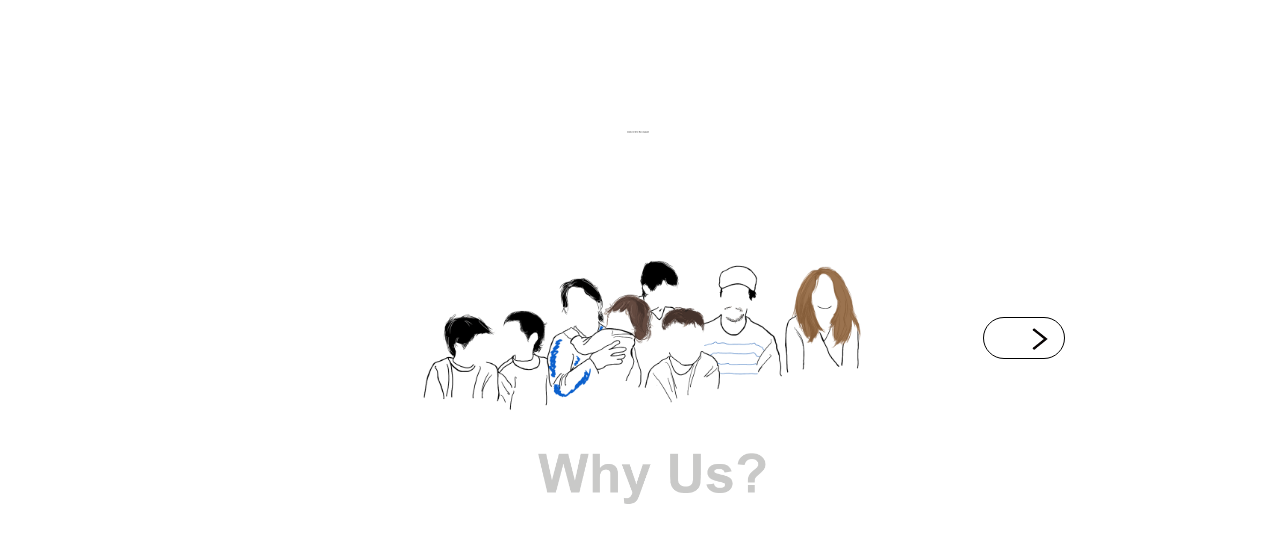
Repository: Lettie123/webpr4
Page: dis.html
The author's editor kept a copy of each file at every save. The page is drawn from the files as they stood at one save, then again after the next save.
The browser window is 1280 px wide. The pictures show the whole page.

Above is the page before, as saved 2020-12-03 12:42:17.

### dis.html
<html>
    <head>
        <meta charset="UTF-8">
        <meta name="viewport" content="width=device-width,initial-scale=1" />
        <meta name="viewport" content="width=device-width,initial-scale=1.0,maximum-scale=1.0,user-scalable=no">
        <link rel="stylesheet" type="text/css" href="style07.css">

<body>
    <div id="txt0">
        <div id="t1" style= "width:12%; position:absolute; top: 17%; left: 43%;">
            <img src="txt/find.png" style="width:100% ;position:absolute; top:0%; left:0%;" >
        </div>
    </div>
        <div id="whyusfm" style="width:35%; position:absolute; top:30%; left:0%;">
        <span>
            <img src="po/28.png" style="width:100% ;" >
        </span>
        </div>
        <div id="whyus"style="width:18%; position:absolute; top:62%; left:42%;">
            <span>
                <img src="txt/whyus0.png" style="width:100% ;" >
            </span>
        </div>

    <div id="chatb" style="display: none;">
        <img src="reason/cbox.png" style="width:100%;height:100%; position:absolute; top:14%; left:0%;">
    </div>
    <div id="begain" onclick="change0()" >
        <img src="pepic/begain.png" style="width:20%; position: absolute; top:23%; left:60%;">
    </div>


    <div id="block" style="display: none;">
    </div>
    <div id="block3">

    </div>

        <div id="ren" style="display: none;">
        <img src="pepic/ren.png" style="width:22% ;position:absolute; top:29%; left:49%;" >
        </div>

        <div id="block2" style="display:none;">
            <div id="txta1" style="position:absolute; top:5%; left:4%; width:260px;">
            <h1 style="font-size:14px; font-style: italic; font-weight:normal; line-height: 20px; ">
                “Europe’s Roma minorities, long victims of discrimination and persecution, are typically the most vulnerable group to statelessness in the region.”
            </h1>
            </div>
        </div>

        <div id="r01" style="display: none;">
        <img src="pepic/R.png" style="width:17% ;position:absolute; top:29%; left:61%;" >
        </div>
        <div id="r02" style="display: none;">
            <img src="pepic/oma.png" style="width:17% ;position:absolute; top:29%; left:62%;" >
        </div>

        <div id="r01b" style="display: none;">
            <img src="pepic/R.png" style="width:17% ;position:absolute; top:29%; left:61%;" >
            </div>
            <div id="r02b" style="display: none;">
                <img src="pepic/oma.png" style="width:17% ;position:absolute; top:29%; left:62%;" >
        </div>


    <div id="TXT">
    <div id="txt1" style="font-size:16px; font-weight: normal; line-height: 24px; position:absolute; top:27%; left:2%; display:none;">
        <h1 style="font-size:16px; font-weight: normal; line-height: 24px; ">
            We are from the Roma community, which is also called Gypsies. All of our family members are stateless.
        </h1>
    </div>
    <div id="txt2" style="font-size:16px; font-weight: normal; line-height: 24px; position:absolute; top:20%; left:2%; display:none;">
        <h1 style="font-size:16px; font-weight: normal; line-height: 24px;">
            There are a lot of reasons for Romanies to be stateless. We cannot go anywhere; we do not have any documents.
        </h1>
    </div>
    <div id="txt3" style="font-size:16px; font-weight: normal; line-height: 24px; position:absolute; top:20%; left:2%; display:none;">
        <h1 style="font-size:16px; font-weight: normal; line-height: 24px;">
            Roma is the largest stateless minority in Macedonian. And we are not the only minority group who remain stateless in the world.
        </h1>
    </div>
    </div>

    <div id="word" style="display: none;">
    <div id="ra">
        <h1 style="font-size:32px; font-weight: normal; line-height: 24px; color: #ffffff;
        position:absolute; top:30%; left:55%">Racism</h1>
    </div>
    <div id="rb">
        <h1 style="font-size:32px; font-weight: normal; line-height: 24px; color: #ffffff;
        position:absolute; top:42%; left:65%">Discrimination</h1>
    </div>
    <div id="rc">
        <h1 style="font-size:32px; font-weight: normal; line-height: 24px; color: #ffffff;
        position:absolute; top:34%; left:80%">War</h1>
    </div>
    <div id="rd">
        <h1 style="font-size:24px; font-weight: normal; line-height: 24px; color: #828181;
        position:absolute; top:42%; left:55%">History</h1>
    </div>
    <div id="re">
        <h1 style="font-size:24px; font-weight: normal; line-height: 24px; color: #828181;
        position:absolute; top:39%; left:75%">State Dissolution</h1>
    </div>
    <div id="rf">
        <h1 style="font-size:24px; font-weight: normal; line-height: 24px; color: #828181;
        position:absolute; top:36%; left:60%">National laws</h1>
    </div>
    <div id="rg">
        <h1 style="font-size:24px; font-weight: normal; line-height: 24px; color: #828181;
        position:absolute; top:29%; left:66%">Lack Document</h1>
    </div>
    <div id="rh">
        <h1 style="font-size:24px; font-weight: normal; line-height: 24px; color: #828181;
        position:absolute; top:26%; left:50%">Language</h1>
    </div>
    <div id="ri">
        <h1 style="font-size:32px; font-weight: normal; line-height: 24px; color: #ffffff;
        position:absolute; top:24%; left:85%">...</h1>
    </div>
    </div>

    <div id="line1" style="display:none;"></div>
    <div id="why" onclick="change1()" style="display: none;">
        <div style="position: absolute; top:23%; left:22%; color:white; width: 260px;">
        Why?
        </div>
        <img src="img/down1.png" style="width:10%; position: absolute; top:38%; left:65%" >
    </div>

    <div id="others" onclick="change3()" style="display:none;">
        <div style="position: absolute; top:23%; left:21%; width:260px; color:white"> Others?</div>
        <img src="img/down1.png" style="width:10%; position: absolute; top:38%; left:65%;">
    </div>

    <style type="text/css">
        span{
        font-size: 30px;
        }
    </style>

    <div id="minority01" style="display:none;" >
        <div id="line02"></div>
        <h1 style="font-size:30px; font-weight:bold; line-height: 35px; color: #2a5ea3; position:absolute; top:34%; left:15%; ">
           Statelessness</br>
           &Minorities
        </h1>
        <h2 style="font-size:16px; font-weight:normal; line-height: 20px; color: #ffffff; position:absolute; top:47%; left:16%; text-align: justify; ">
            Minorities are especially vulnerable to statelessness.
        </h2>
        <h3 style="font-size:16px; font-weight:normal; line-height: 20px; color: #ffffff; position:absolute; top:60%; left:15%; text-align: justify;  ">
            Minorities make up a large portion of the world’s stateless population. This is due in part to indirect discrimination: as marginalized communities, they are especially likely to struggle with lack of resources and limited access to official systems of registration
        </h3>
        <h4 style="font-size:16px; font-weight:normal; line-height: 20px; color: #ffffff; position:absolute; top:13%; left:15%; text-align: justify;  ">
            <span>Minorities are</span> disadvantaged ethnic, national, religious, linguistic or cultural groups who are smaller in number than the rest of the population
        </h4>

    </div>
    <div id="mpeople"  style="display:none;" >
        <img src="pepic/minority.png" style="width:45%;" >
    </div>

    <div id="line1b" style="display: none;"></div>

    <!-- <div id="next"   style="display:none;" onclick="change5()">
        <img src="pepic/next.png" style="width:70%;" >
    </div> -->
    <div id="next"   style="display:none;" onclick="change5()">
        <div style="position: absolute; top:18%; left:30%; width:260px; color:white"> Next?</div>
        <img src="img/down1.png" style="width:6%;position: absolute; top:32%; left:60% " >
    </div>

    <script>
        function change5(){
        window.location.href="st.html";
        }
        function change3(){
        document.getElementById("block2").style.display="none";
        document.getElementById("ren").style.display="none";
        document.getElementById("r01b").style.display="none";
        document.getElementById("others").style.display="none";
        document.getElementById("block").style.WebkitAnimationPlayState = "running";
        document.getElementById("block3").style.WebkitAnimationPlayState = "running";
        document.getElementById("minority01").style.display="block";
        document.getElementById("mpeople").style.display="block";
        document.getElementById("line1b").style.display="block";
        document.getElementById("next").style.display="block";
        }
        function change2(){
        document.getElementById("word").style.display="none";
        document.getElementById("txt2").style.display="none";
        document.getElementById("txt3").style.display="block";
        document.getElementById("line1").style.display="none";
        document.getElementById("r01").style.display="none";
        document.getElementById("r02").style.display="none";
        document.getElementById("r01b").style.display="block";
        document.getElementById("r02b").style.display="block";
        document.getElementById("ren").style.display="block";
        document.getElementById("block2").style.display="block";
        document.getElementById("why").style.display="none";
        document.getElementById("others").style.display="block";
        }
        function change1(){
        document.getElementById("line1").style.display="block";
        document.getElementById("txt1").style.display="none";
        document.getElementById("txt2").style.display="block";
        document.getElementById("r01").style.WebkitAnimationPlayState = "running";
        document.getElementById("r02").style.WebkitAnimationPlayState = "running";
        document.getElementById("word").style.display="block";
        document.getElementById("why").onclick=change2;
        }
        function change0(){
            document.getElementById("whyusfm").style.WebkitAnimationPlayState = "running";
            document.getElementById("block").style.display="block";
            document.getElementById("chatb").style.display="block";
            document.getElementById("whyus").style.display="none";
            document.getElementById("r01").style.display="block";
            document.getElementById("r02").style.display="block";
            document.getElementById("txt1").style.display="block";
            document.getElementById("txt0").style.display="none";
            document.getElementById("why").style.display="block";
        }
    </script>


</body>

### style07.css
body {
	overflow:scroll;
    overflow-y:hidden;
    overflow-x:hidden;
}
#block{
    height: 100%;
    width: 100%;
    background-color: black;
    top:0;
    left:40%;
    right:0;
	bottom:0;
    position: absolute;
}
#block{
    animation:block 1.2s;
    -webkit-animation:block 1.2s;
    animation-iteration-count:1;
    -webkit-animation-iteration-count:1;
    animation-fill-mode: forwards;
    -webkit-animation-fill-mode: forwards;
}
@keyframes block {
    0% {left:100%;}
	to {left:40%;}
}
#why{
	width: 150px;
    height: 40px;
    border-radius: 20px;
    background-color: black;
    border:1px solid black;
    position: absolute;
	left: 19%;
	top: 70%;
	transform: translate(-50%,-50%);
}
#why:hover {
    opacity: 0.3;
}
#why{
    animation:why 2s;
    -webkit-animation:why 2s;
    animation-iteration-count:1;
    -webkit-animation-iteration-count:1;
    animation-fill-mode: forwards;
    -webkit-animation-fill-mode: forwards;
}
@keyframes why {
    0% {top:120%;}
    70% {top:120%;}
	to {top:70%;}
}
#txt1{
    height:150px;
    width:420px;
    text-align: left;
	border-radius: 10px;
	position: absolute;
    font-family: Arial;
    color:black;
}
#txt1{
    animation:txt1 2s;
    -webkit-animation:txt1 2s;
    animation-iteration-count:1;
    -webkit-animation-iteration-count:1;
    animation-fill-mode: forwards;
    -webkit-animation-fill-mode: forwards;
}
@keyframes txt1 {
    0% {top:50%;opacity: 0;}
    70% {top:50%;opacity: 0;}
	to {top:25%;opacity: 1;}
}
#line1{
    height: 3px;
    width: 60%;
    top:38%;
    left:40%;
    right:0;
    bottom:0;
    background-color:#ffffff;
    position: absolute;
}
#line1{
    animation:line1 3s;
    -webkit-animation:line1 3s;
    animation-iteration-count:1;
    -webkit-animation-iteration-count:1;
    animation-fill-mode: forwards;
    -webkit-animation-fill-mode: forwards;
}
@keyframes line1 {
    0% {width: 0%; top:36%;}
    40%{width:60%; top:36%;}
    70% {top:36%; width:60%;}
	to {top:50%; width:60%;}
}
#r01{
    top:0%;
    left:0%;
    right:0;
    bottom:0;
    position: absolute;
}
#r02{
    top:0%;
    left:0%;
    right:0;
    bottom:0;
    position: absolute;
}
#r01b{
    top:0%;
    left:0%;
    right:0;
    bottom:0;
    position: absolute;
}
#r02b{
    top:0%;
    left:0%;
    right:0;
    bottom:0;
    position: absolute;
}
#r01{
    animation:r01 3s;
    -webkit-animation:r01 3s;
    animation-iteration-count:1;
    -webkit-animation-iteration-count:1;
    -webkit-animation-play-state:paused;
    animation-fill-mode: forwards;
    -webkit-animation-fill-mode: forwards;
}
@keyframes r01 {
    0% {top:0%;}
    70% {top:0%;}
	to {top:18%;}
}
#r02{
    animation:r02 3s;
    -webkit-animation:r02 3s;
    animation-iteration-count:1;
    -webkit-animation-iteration-count:1;
    -webkit-animation-play-state:paused;
    animation-fill-mode: forwards;
    -webkit-animation-fill-mode: forwards;
}
@keyframes r02 {
    0% {top:0%;}
    70% {top:0%;}
	to {top:18%;}
}
#txt2{
    height:150px;
    width:420px;
    text-align: left;
	border-radius: 10px;
	position: absolute;
    font-family: Arial;
    color:black;
}
#txt2{
    animation:txt2 1.2s;
    -webkit-animation:txt2 1.2s;
    animation-iteration-count:1;
    -webkit-animation-iteration-count:1;
    animation-fill-mode: forwards;
    -webkit-animation-fill-mode: forwards;
}
@keyframes txt2 {
	0% {top:32%;opacity: 0;}
	to {top:23%;opacity: 1;}
}
#ra{
    animation:ra 3s;
    -webkit-animation:ra 3s;
    animation-iteration-count:1;
    -webkit-animation-iteration-count:1;
    animation-fill-mode: forwards;
    -webkit-animation-fill-mode: forwards;
}
@keyframes ra {
    0% {opacity: 0;}
	70% {opacity: 0;}
	to {opacity: 1;}
}
#rb{
    animation:rb 3s;
    -webkit-animation:rb 3s;
    animation-iteration-count:1;
    -webkit-animation-iteration-count:1;
    animation-fill-mode: forwards;
    -webkit-animation-fill-mode: forwards;
}
@keyframes rb {
    0% {opacity: 0;}
	85% {opacity: 0;}
	to {opacity: 1;}
}
#rc{
    animation:rc 4s;
    -webkit-animation:rc 4s;
    animation-iteration-count:1;
    -webkit-animation-iteration-count:1;
    animation-fill-mode: forwards;
    -webkit-animation-fill-mode: forwards;
}
@keyframes rc {
    0% {opacity: 0;}
	70% {opacity: 0;}
	to {opacity: 1;}
}
#rd{
    animation:rd 4s;
    -webkit-animation:rd 4s;
    animation-iteration-count:1;
    -webkit-animation-iteration-count:1;
    animation-fill-mode: forwards;
    -webkit-animation-fill-mode: forwards;
}
@keyframes rd {
    0% {opacity: 0;}
	85% {opacity: 0;}
	to {opacity: 1;}
}
#re{
    animation:re 5s;
    -webkit-animation:re 5s;
    animation-iteration-count:1;
    -webkit-animation-iteration-count:1;
    animation-fill-mode: forwards;
    -webkit-animation-fill-mode: forwards;
}
@keyframes re {
    0% {opacity: 0;}
	70% {opacity: 0;}
	to {opacity: 1;}
}
#rf{
    animation:rf 5s;
    -webkit-animation:rf 5s;
    animation-iteration-count:1;
    -webkit-animation-iteration-count:1;
    animation-fill-mode: forwards;
    -webkit-animation-fill-mode: forwards;
}
@keyframes rf {
    0% {opacity: 0;}
	85% {opacity: 0;}
	to {opacity: 1;}
}
#rg{
    animation:rg 6s;
    -webkit-animation:rg 6s;
    animation-iteration-count:1;
    -webkit-animation-iteration-count:1;
    animation-fill-mode: forwards;
    -webkit-animation-fill-mode: forwards;
}
@keyframes rg {
    0% {opacity: 0;}
	70% {opacity: 0;}
	to {opacity: 1;}
}
#rh{
    animation:rh 6s;
    -webkit-animation:rh 6s;
    animation-iteration-count:1;
    -webkit-animation-iteration-count:1;
    animation-fill-mode: forwards;
    -webkit-animation-fill-mode: forwards;
}
@keyframes rh {
    0% {opacity: 0;}
	85% {opacity: 0;}
	to {opacity: 1;}
}
#ri{
    animation:ri 6s;
    -webkit-animation:ri 6s;
    animation-iteration-count:1;
    -webkit-animation-iteration-count:1;
    animation-fill-mode: forwards;
    -webkit-animation-fill-mode: forwards;
}
@keyframes ri {
    0% {opacity: 0;}
	85% {opacity: 0;}
	to {opacity: 1;}
}
#txt3{
    height:150px;
    width:420px;
    text-align: left;
	border-radius: 10px;
	position: absolute;
    font-family: Arial;
    color:black;
}
#txt3{
    animation:txt3 1.2s;
    -webkit-animation:txt3 1.2s;
    animation-iteration-count:1;
    -webkit-animation-iteration-count:1;
    animation-fill-mode: forwards;
    -webkit-animation-fill-mode: forwards;
}
@keyframes txt3 {
	0% {top:32%;opacity: 0;}
	to {top:22%;opacity: 1;}
}
#r01b{
    animation:r01b 3s;
    -webkit-animation:r01b 3s;
    animation-iteration-count:1;
    -webkit-animation-iteration-count:1;
    animation-fill-mode: forwards;
    -webkit-animation-fill-mode: forwards;
}
@keyframes r01b {
    0% {top:18%;}
    50% {top:0%;}
	to {top:0%;}
}
#r02b{
    animation:r02b 3s;
    -webkit-animation:r02b 3s;
    animation-iteration-count:1;
    -webkit-animation-iteration-count:1;
    animation-fill-mode: forwards;
    -webkit-animation-fill-mode: forwards;
}
@keyframes r02b {
    0% {top:18%; opacity: 1;}
    50% {top:0%;opacity: 1;}
	to {top:0%;opacity: 0;}
}
#ren{
    animation:ren 3s;
    -webkit-animation:ren 3s;
    animation-iteration-count:1;
    -webkit-animation-iteration-count:1;
    animation-fill-mode: forwards;
    -webkit-animation-fill-mode: forwards;
}
@keyframes ren {
    0% {opacity: 0;}
    70% {opacity: 0;}
	to {opacity: 0.7;}
}
#block2{
	text-align: justify;
	background-color:rgba(255, 255, 255, 0.1);
	width: 290px;
    height: 120px;
	position: absolute;
	left: 82%;
    top: 46%;
    font-family: Arial;
    color:white;
	transform: translate(-50%,-50%);
}
#block2{
    animation:block2 4s;
    -webkit-animation:block2 4s;
    animation-iteration-count:1;
    -webkit-animation-iteration-count:1;
    animation-fill-mode: forwards;
    -webkit-animation-fill-mode: forwards;
}
@keyframes block2 {
    0% {left:90%;opacity: 0;}
    80% {left:90%;opacity: 0;}
	to {left:83%;opacity: 1;}
}
#others{
	width: 150px;
    height: 40px;
    border-radius: 20px;
    background-color: black;
    position: absolute;
	left: 19%;
	top: 70%;
	transform: translate(-50%,-50%);
}
#others:hover {
    opacity: 0.3;
}
#block3{
    height: 100%;
    width: 30%;
    background-color: #131313;
    top:0;
    left:100%;
    right:0;
	bottom:0;
    position: absolute;
}
#block3{
    animation:block3 1.2s;
    -webkit-animation:block3 1.2s;
    -webkit-animation-play-state:paused;
    animation-iteration-count:1;
    -webkit-animation-iteration-count:1;
    animation-fill-mode: forwards;
    -webkit-animation-fill-mode: forwards;
}
@keyframes block3 {
    0% {left:100%;}
	to {left:70%;}
}
#line02{
    height: 140px;
    width: 3px;
    top:35%;
    left:13%;
    right:0;
    bottom:0;
    background-color:#2a5ea3;
    position: absolute;
}
#minority01{
    animation:minority01 4s;
    -webkit-animation:minority01 4s;
    animation-iteration-count:1;
    -webkit-animation-iteration-count:1;
    animation-fill-mode: forwards;
    -webkit-animation-fill-mode: forwards;
}
@keyframes minority01 {
    0% {top:140%;}
    50% {top:140%;}
	to {top:45%;}
}
#minority01{
	width: 25%;
    height: 90%;
    position: absolute;
	left: 83%;
	top: 50%;
	transform: translate(-50%,-50%);
}
#mpeople{
	width: 100%;
    position: absolute;
	left: 60%;
	top: 48%;
	transform: translate(-50%,-50%);
}
#line1b{
    height: 3px;
    width: 23%;
    top:17%;
    left:50%;
    right:0;
    bottom:0;
    background-color:#2a5ea3;
    position: absolute;
}
#line1b{
    animation:line1b 4s;
    -webkit-animation:line1b 4s;
    animation-iteration-count:1;
    -webkit-animation-iteration-count:1;
    animation-fill-mode: forwards;
    -webkit-animation-fill-mode: forwards;
}
@keyframes line1b {
    0% {width: 0%;}
    80% {width: 0%;}
	to {width: 23%;}
}
#mpeople{
    animation:mpeople 3s;
    -webkit-animation:mpeople 3s;
    animation-iteration-count:1;
    -webkit-animation-iteration-count:1;
    animation-fill-mode: forwards;
    -webkit-animation-fill-mode: forwards;
}
@keyframes mpeople {
    0% {opacity: 0;}
    30% {opacity: 0;}
	to {opacity:1;}
}
#next{
    width: 20%;
    height: 5%;
    border-radius: 20px;
    border:1px solid white;
    position: absolute;
	left: 85%;
	top: 70%;
	transform: translate(-50%,-50%);
}
#next:hover {
    opacity: 0.3;
}
#next{
    animation:next 4s;
    -webkit-animation:next 4s;
    animation-iteration-count:1;
    -webkit-animation-iteration-count:1;
    animation-fill-mode: forwards;
    -webkit-animation-fill-mode: forwards;
}
@keyframes next {
    0% {top:120%;}
    70% {top:120%;}
	to {top:90%;}
}
#chatb{
    width: 430px;
    height: 120px;
    position: absolute;
	left: 20%;
	top: 20%;
	transform: translate(-50%,-50%);
}
#TXT{
	width: 430px;
    height: 120px;
    position: absolute;
	left: 20%;
	top: 20%;
	transform: translate(-50%,-50%);
}
#whyusfm{
    animation:whyusfm 1.2s;
    -webkit-animation:whyusfm 1.2s;
    -webkit-animation-play-state:paused;
    animation-iteration-count:1;
    -webkit-animation-iteration-count:1;
    animation-fill-mode: forwards;
    -webkit-animation-fill-mode: forwards;
}
@keyframes whyusfm {
    0% {left:33%;}
	to {left:9%;}
}
#begain{
	width: 80px;
    height: 40px;
    border:1px solid black;
    border-radius: 30px;
    position: absolute;
	left: 80%;
	top: 47%;
	transform: translate(-50%,-50%);
}
  #begain:hover {
  opacity: 0.3;
}
#txt0{
    height:40px;
    width:180px;
    left:50%;
    top:20%;
    text-align: center;
	position: absolute;
    font-family: Arial;
    color:black;
    transform: translate(-50%,-50%);
}
#r01{
    animation:r01  2s;
    -webkit-animation:r01  2s;
    animation-iteration-count:1;
    -webkit-animation-iteration-count:1;
    animation-fill-mode: forwards;
    -webkit-animation-fill-mode: forwards;
}
@keyframes r01 {
    0% {opacity: 0;}
    50% {opacity: 0;}
	to {opacity: 1;}
}
#r02{
    animation:r02  2s;
    -webkit-animation:r02  2s;
    animation-iteration-count:1;
    -webkit-animation-iteration-count:1;
    animation-fill-mode: forwards;
    -webkit-animation-fill-mode: forwards;
}
@keyframes r02 {
    0% {opacity: 0;}
    50% {opacity: 0;}
	to {opacity: 1;}
}
#chatb{
    animation:chatb 2s;
    -webkit-animation:chatb 2s;
    animation-iteration-count:1;
    -webkit-animation-iteration-count:1;
    animation-fill-mode: forwards;
    -webkit-animation-fill-mode: forwards;
}
@keyframes chatb {
    0% {opacity: 0;}
    50% {opacity: 0;}
	to {opacity:1;}
}

After the next save:
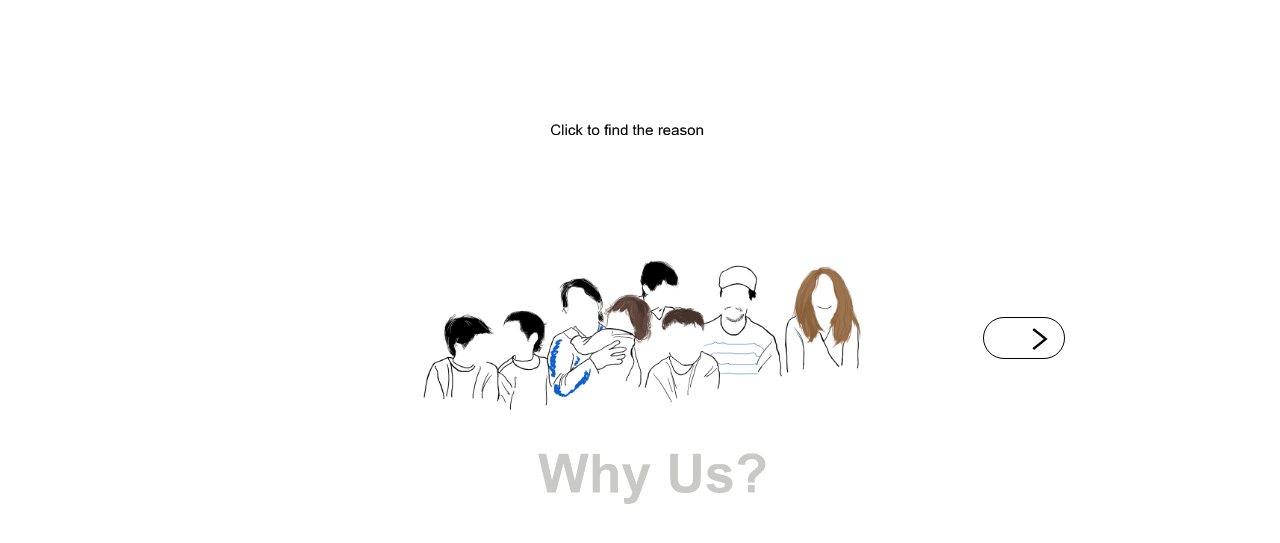
Saved 19 s later.
--- a/style07.css
+++ b/style07.css
@@ -555,17 +555,6 @@ body {
   #begain:hover {
   opacity: 0.3;
 }
-#txt0{
-    height:40px;
-    width:180px;
-    left:50%;
-    top:20%;
-    text-align: center;
-	position: absolute;
-    font-family: Arial;
-    color:black;
-    transform: translate(-50%,-50%);
-}
 #r01{
     animation:r01  2s;
     -webkit-animation:r01  2s;
